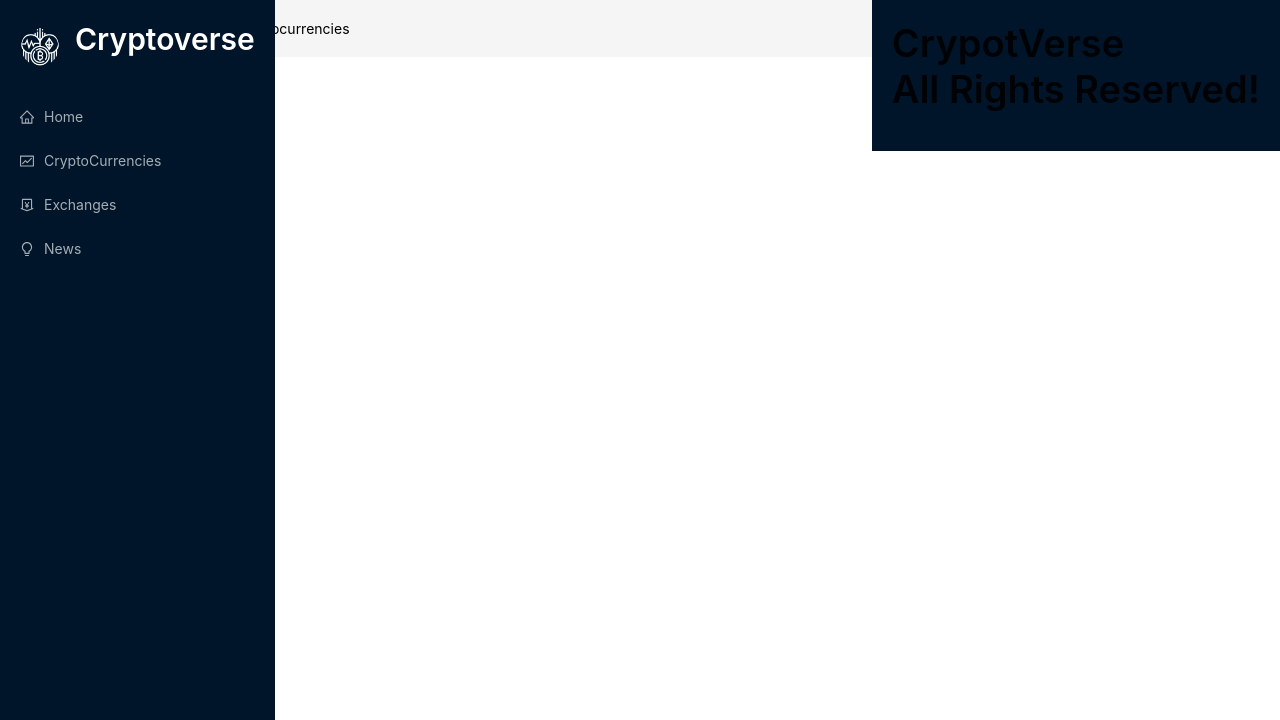
Repository: EyanIngles/CryptoWatcher
Page: /cryptocurrencies
The author's editor kept a copy of each file at every save. The page is drawn from the files as they stood at one save, then again after the next save.
The browser window is 1280 px wide. The pictures show the whole page.
The project was rebuilt for these pictures with package versions that can differ from the ones it lists, and the page was loaded fresh each time. Also part of the build but not shown: src/components/CryptoDetails.jsx, src/components/Exchanges.jsx, src/components/News.jsx.

Above is the page before, as saved 2024-05-01 09:49:09.

After the next save:
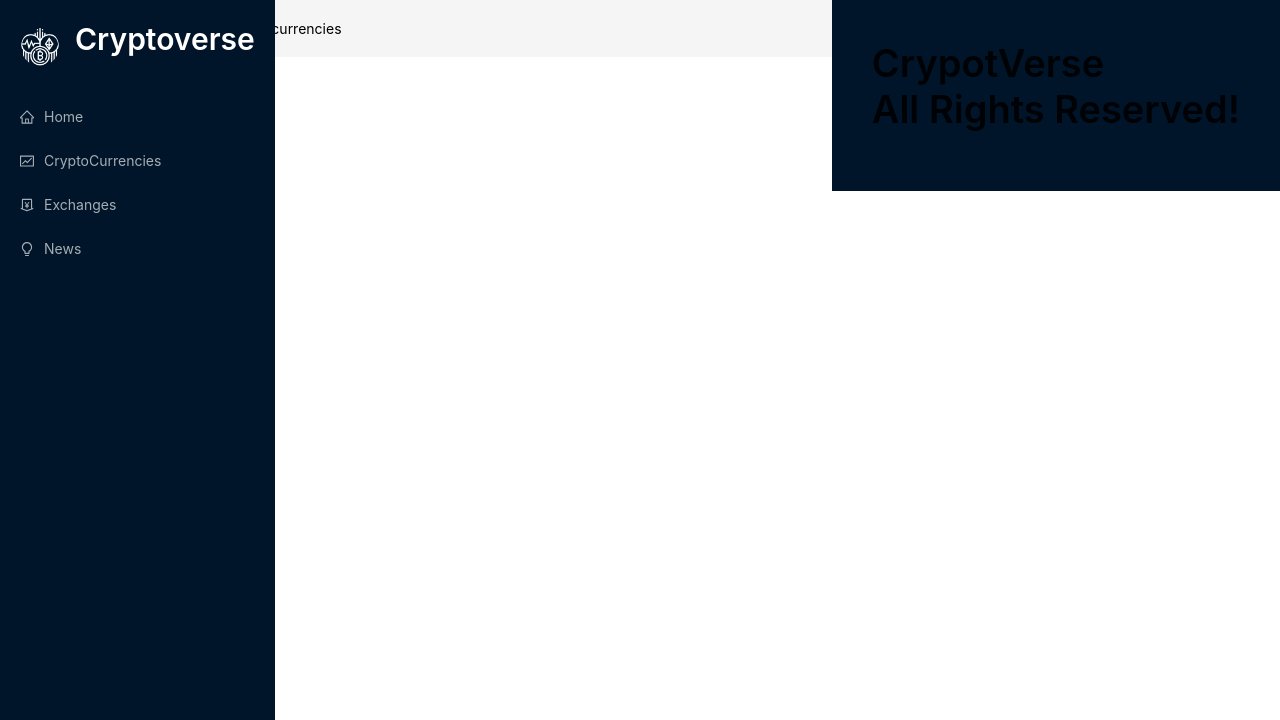
Saved 56 s later.
--- a/src/App.js
+++ b/src/App.js
@@ -26,7 +26,7 @@
         </Layout>
       </div>
       <div className='footer' level={3} styles={{ color: "white", textAlign: "center" }}>
-        <Typography.Title>
+        <Typography.Title className='footer'>
           CrypotVerse <br/>
           All Rights Reserved!
         </Typography.Title>

After the save that followed:
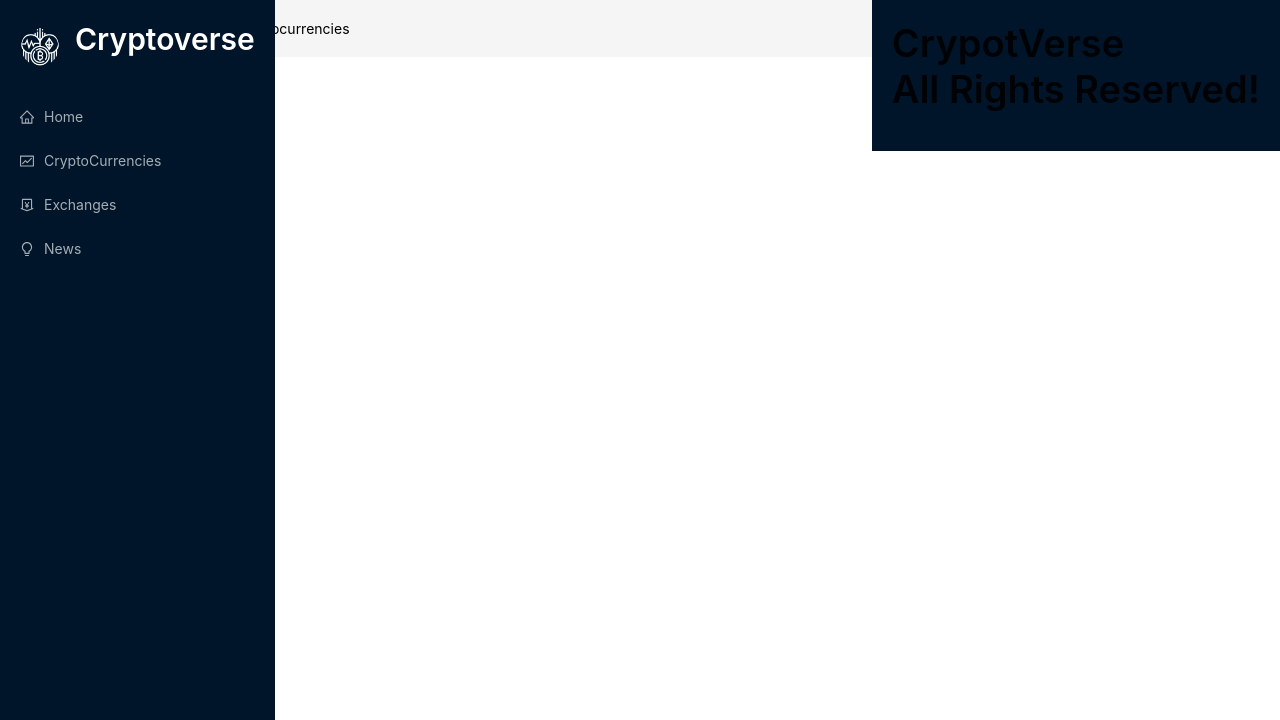
Saved 7 s later.
--- a/src/App.js
+++ b/src/App.js
@@ -26,7 +26,7 @@
         </Layout>
       </div>
       <div className='footer' level={3} styles={{ color: "white", textAlign: "center" }}>
-        <Typography.Title className='footer'>
+        <Typography.Title className=''>
           CrypotVerse <br/>
           All Rights Reserved!
         </Typography.Title>
